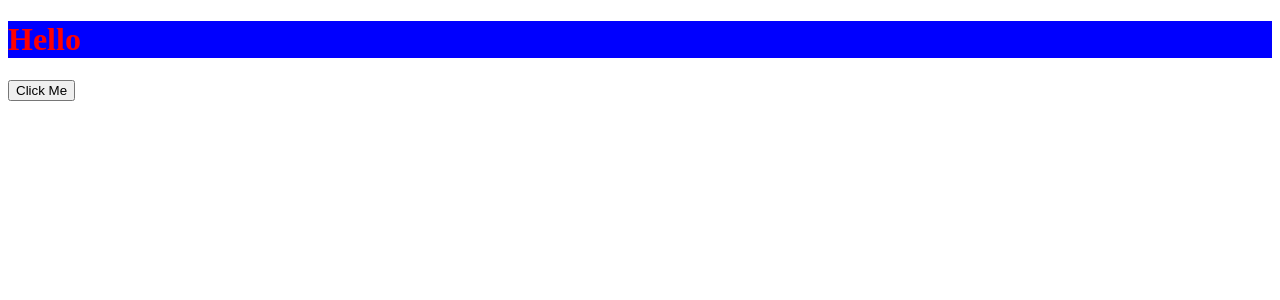
Repository: jnguyen113/DOM-Manipulation
Page: index.html
These files come from the project's save history. The page is drawn as it stood at one moment and after the next save; the edit follows.
The browser window is 1280 px wide. The pictures show the whole page.

Above is the page before, as saved 2020-06-12 10:50:53.

After the next save:
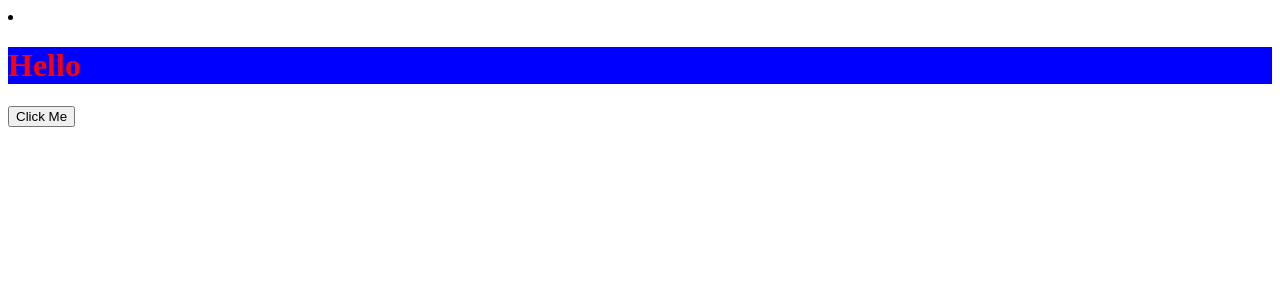
Saved 15 s later.
--- a/index.html
+++ b/index.html
@@ -1,6 +1,6 @@
 <!DOCTYPE html>
 <html>
-
+<li
 <body>
     <h1 class="title">Hello</h1>
     <button class = "changeColor">Click Me</button>
